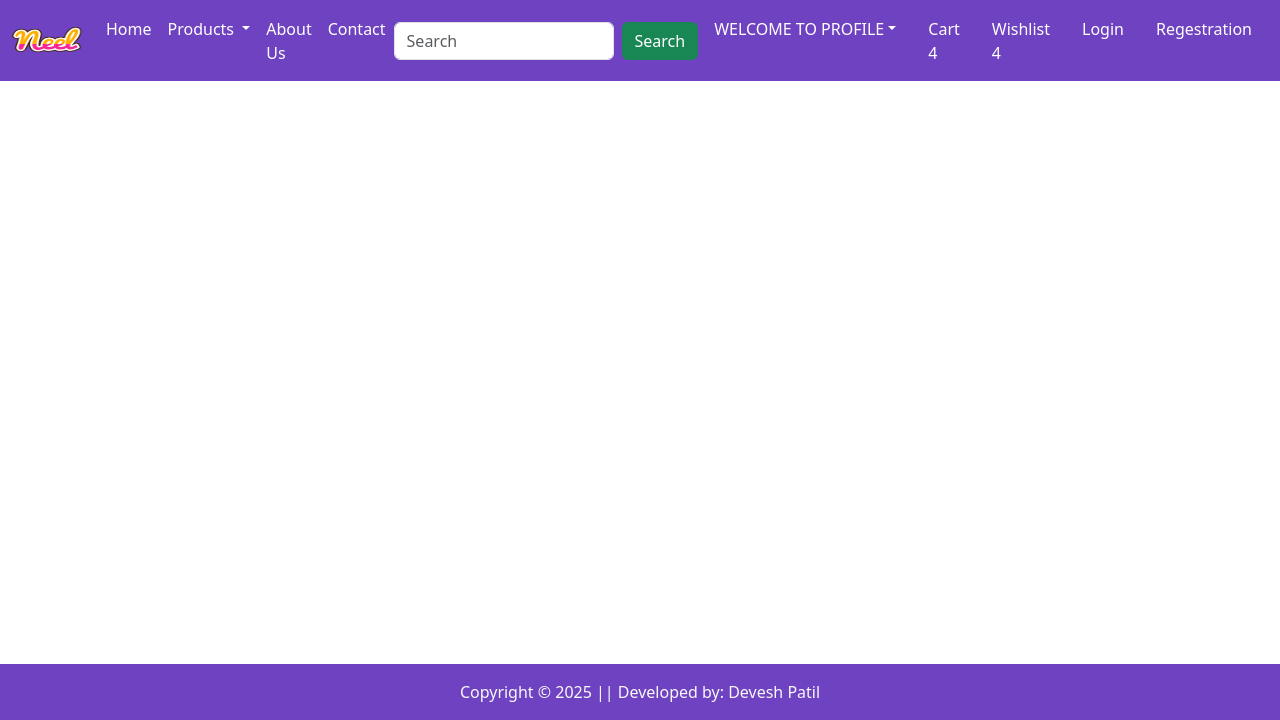
Repository: DeveshPatill/mydjango
Page: ec/app/templates/app/productdetail.html
The author's editor kept a copy of each file at every save. The page is drawn from the files as they stood at one save, then again after the next save.
The browser window is 1280 px wide. The pictures show the whole page.
The page is served by the project's application, run on Django 5.2 (ec/manage.py). Other server files are loaded and not shown. The template is opened directly, without the code that normally fills it, so the values that code supplies are empty.

Above is the page before, as saved 2025-03-22 21:09:38.

### ec/app/templates/app/productdetail.html
{% extends 'app/base.html' %}
{% load static %}
{% block title %} ProductDetail {% endblock title %}


{% block main-content %}




{% endblock main-content %}

### ec/app/templates/app/base.html
<!DOCTYPE html>
{% load static %}
<html lang="en">
<head>
    <meta charset="UTF-8">
    <meta http-equiv="X-UA-Compatible" content="IE=edge">
    <meta name="viewport" content="width=device-width, initial-scale=1.0">

    <link href="https://cdn.jsdelivr.net/npm/bootstrap@5.3.3/dist/css/bootstrap.min.css" rel="stylesheet" integrity="sha384-QWTKZyjpPEjISv5WaRU9OFeRpok6YctnYmDr5pNlyT2bRjXh0JMhjY6hW+ALEwIH" crossorigin="anonymous">

    <link rel="stylesheet" href="{% static 'app/css/owl.carousel.min.css' %}" />
    <link rel="stylesheet" href="{% static 'app/css/all.min.css' %}" />
    <link rel="stylesheet" href="{% static 'app/css/style.css' %}" />

    <title> Dairy Products | {% block title %} {% endblock title %} </title>
</head>
<body>
    <nav class="navbar navbar-expand-lg navbar-dark" style="background-color: #6f42c1;">
        <div class="container-fluid">
          <a class="navbar-brand" href="#">
            <img src="{% static 'app/images/product/Neel.png' %}" width="70px" height="55px"   />
          </a>
          <button class="navbar-toggler" type="button" data-bs-toggle="collapse" data-bs-target="#navbarSupportedContent" aria-controls="navbarSupportedContent" aria-expanded="false" aria-label="Toggle navigation">
            <span class="navbar-toggler-icon"></span>
          </button>
          <div class="collapse navbar-collapse" id="navbarSupportedContent">
            <ul class="navbar-nav me-auto mb-2 mb-lg-0">
              <li class="nav-item">
                <a class="nav-link active" aria-current="page" href="/">Home</a>
              </li>
              <li class="nav-item dropdown">
                <a class="nav-link dropdown-toggle text-white" href="#" role="button" data-bs-toggle="dropdown" aria-expanded="false">
                  Products
                </a>
                <ul class="dropdown-menu">
                  <li><a class="dropdown-item" href="{% url 'category' 'ML' %}">Milk</a></li>
                  <li><a class="dropdown-item" href="{% url 'category' 'CR' %}">Curd</a></li>
                  <li><a class="dropdown-item" href="{% url 'category' 'MS' %}">MilkShake</a></li>
                  <li><a class="dropdown-item" href="{% url 'category' 'LS' %}">Lassi</a></li>
                  <li><a class="dropdown-item" href="{% url 'category' 'GH' %}">Ghee</a></li>
                  <li><a class="dropdown-item" href="{% url 'category' 'PN' %}">Paneer</a></li>
                  <li><a class="dropdown-item" href="{% url 'category' 'CZ' %}">Cheese</a></li>
                  <li><a class="dropdown-item" href="{% url 'category' 'IC' %}">Ice-Cream</a></li>

                </ul>
              </li>
              <li class="nav-item">
                <a class="nav-link text-white" href="#">About Us</a>
              </li>
              <li class="nav-item">
                <a class="nav-link text-white" href="#">Contact</a>
              </li>

            </ul>
            <form class="d-flex" role="search">
              <input class="form-control me-2" type="search" placeholder="Search" aria-label="Search">
              <button class="btn btn-success" type="submit">Search</button>
            </form>
          </div>
          <ul class="navbar-nav me-auto mb-2 mb-lg-0">
            <li class="nav-item dropdown mx-2">
                <a class="nav-link dropdown-toggle text-white" href="#" id="profileDropdown" role="button" data-bs-toggle="dropdown" aria-expanded="false">WELCOME TO PROFILE</a>
                <ul class="dropdown-menu" aria-labelledby="profileDropdown">
                    <li><a class="dropdown-item" href="#">Profile</a></li>
                    <li><a class="dropdown-item" href="#">Orders</a></li>
                    <li><a class="dropdown-item" href="#">Change Password</a></li>
                    <li><a class="dropdown-item" href="#">Logout</a></li>
                </ul>
            </li>
            <li class="nav-item mx-2">
                <a href="#" class="nav-link text-white">Cart 4</a>
            </li>
            <li class="nav-item mx-2">
                <a href="#" class="nav-link text-white">Wishlist 4</a>
            </li>
            <li class="nav-item mx-2">
                <a href="#" class="nav-link text-white">Login</a>
            </li>
            <li class="nav-item mx-2">
                <a href="#" class="nav-link text-white">Regestration</a>
            </li>

          </ul>
        </div>
      </nav>
      {% block banner-slider %}{% endblock banner-slider %}

      {% block information %}{% endblock information %}

      {% block main-content %}{% endblock main-content %}

    <footer class="text-center text-light py-3 fixed-bottom" style="background-color: #6f42c1;">
        Copyright © 2025 || Developed by: Devesh Patil
    </footer>






    <script src="https://cdn.jsdelivr.net/npm/@popperjs/core@2.11.8/dist/umd/popper.min.js" integrity="sha384-I7E8VVD/ismYTF4hNIPjVp/Zjvgyol6VFvRkX/vR+Vc4jQkC+hVqc2pM8ODewa9r" crossorigin="anonymous"></script>
    <script src="https://cdn.jsdelivr.net/npm/bootstrap@5.3.3/dist/js/bootstrap.min.js" integrity="sha384-0pUGZvbkm6XF6gxjEnlmuGrJXVbNuzT9qBBavbLwCsOGabYfZo0T0to5eqruptLy" crossorigin="anonymous"></script>

    <script src=https://cdnjs.cloudflare.com/ajax/libs/jquery/3.7.1/jquery.min.js></script>


    <script script="{% static 'app/js/owl.carousel.min.js' %}"></script>
    <script script="{% static 'app/js/all.min.js' %}"></script>
    <script script="{% static 'app/js/myscript.js' %}"></script>

</body>
</html>

### ec/ec/urls.py
"""
URL configuration for ec project.

The `urlpatterns` list routes URLs to views. For more information please see:
    https://docs.djangoproject.com/en/5.1/topics/http/urls/
Examples:
Function views
    1. Add an import:  from my_app import views
    2. Add a URL to urlpatterns:  path('', views.home, name='home')
Class-based views
    1. Add an import:  from other_app.views import Home
    2. Add a URL to urlpatterns:  path('', Home.as_view(), name='home')
Including another URLconf
    1. Import the include() function: from django.urls import include, path
    2. Add a URL to urlpatterns:  path('blog/', include('blog.urls'))
"""

from django.contrib import admin
from django.urls import path,include

urlpatterns = [
    path("admin/", admin.site.urls),
    path("", include("app.urls")),

]

### ec/app/urls.py
from django.urls import path
from .import views
from django.conf import settings
from django.conf.urls.static import static

urlpatterns = [
    path("",views.home),
    path("category/<slug:val>",views.CategoryView.as_view(),name="category"),
    path("product-detail/<int:pk>",views.ProductDetail.as_view(),name="product-detail"),

]+static(settings.MEDIA_URL,document_root=settings.MEDIA_ROOT)

### ec/app/static/app/css/style.css
.owl-carousel .item{
 /* border: 1px solid black; */
 font-size: 24px;
 text-align: center;
 margin-top: 20px;
 transition: transform .5s ease;
}

 .owl-carousel .item:hover{
    /* border: 1px solid black; */
    transform : scale(1.1);
}

/* .owl-carousel img{
    transition: transform .5s ease;
  }
 .owl-carousel img:hover{

    transform : scale(1.25);
} */

.owl-next{
 float:right;
}
.owl-prev{
 float:left;
}
.owl-prev span{
 font-size: 24px;
 font-weight: bold;
}
.owl-next span{
 font-size: 24px;
 font-weight: bold;
}




.buttermilk{
    background-color:#fff;background-image:linear-gradient(#fff7ef, #fff);
    background-image:-webkit-linear-gradient(#fff7ef, #fff);
    background-image:-moz-linear-gradient(#fff7ef, #fff);
    background-image:-ms-linear-gradient(#fff7ef, #fff);
    background-image:-o-linear-gradient(#fff7ef, #fff);
    padding:50px 40px;
    border:1px solid #efe8e1;
    padding-bottom:20px;
}

.smbg{
    background-color:#fff;
    background-image:linear-gradient(rgba(110, 69, 143, 0.1), #fff);
    background-image:-webkit-linear-gradient(rgba(110, 69, 143, 0.1), #fff);
    background-image:-moz-linear-gradient(rgba(110, 69, 143, 0.1), #fff);
    background-image:-ms-linear-gradient(rgba(110, 69, 143, 0.1), #fff);
    background-image:-o-linear-gradient(rgba(110, 69, 143, 0.1), #fff);
}

.curdbgpro{
    background-color:#fff;
    background-image:linear-gradient(rgba(10, 77, 123, 0.1), #fff);
    background-image:-webkit-linear-gradient(rgba(10, 77, 123, 0.1), #fff);
    background-image:-moz-linear-gradient(rgba(10, 77, 123, 0.1), #fff);
    background-image:-ms-linear-gradient(rgba(10, 77, 123, 0.1), #fff);
    background-image:-o-linear-gradient(rgba(10, 77, 123, 0.1), #fff);
}

.goodnessseccont img{
    width:100%;
}

.mlkpro{
    color:#636362;
    font-size:22px;
    line-height:22px;
    margin-bottom:15px;
    width:43%;
    margin:0 auto;
    text-align:center;

}

.goodnesssec a{
    text-decoration: none;
}

Loaded but not shown: ec/app/static/app/css/owl.carousel.min.css (library); ec/app/static/app/css/all.min.css (library)

After the next save:
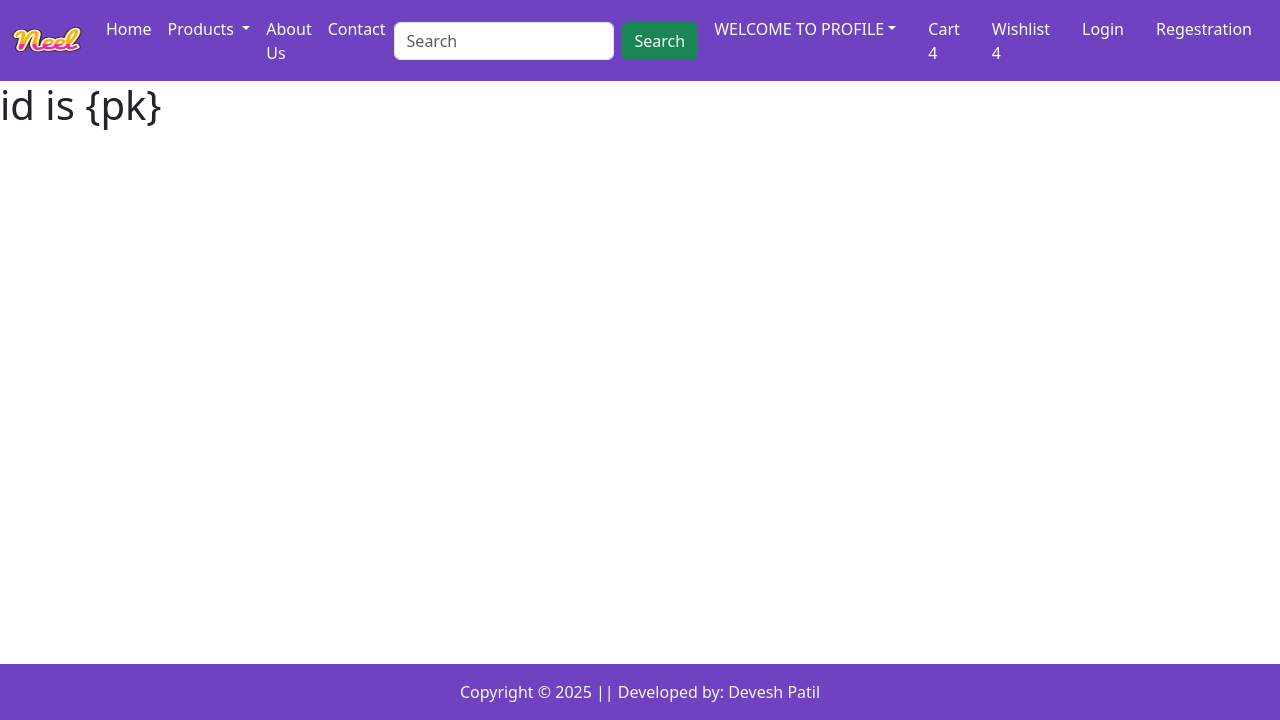
Saved 32 s later.
--- a/ec/app/templates/app/productdetail.html
+++ b/ec/app/templates/app/productdetail.html
@@ -5,7 +5,7 @@
 
 {% block main-content %}
 
-
+<h1>id is {pk}</h1>
 
 
 {% endblock main-content %}
